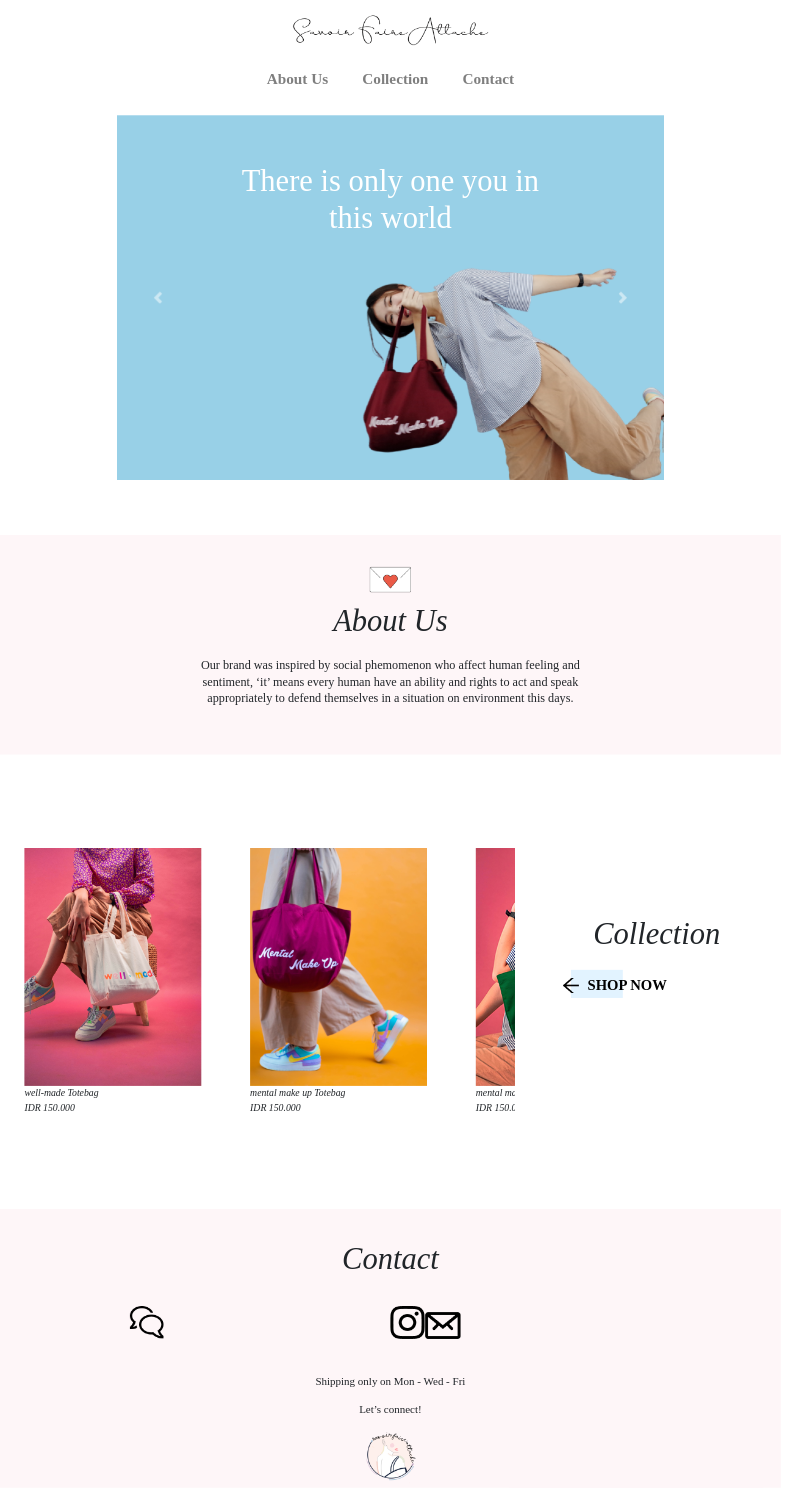
Repository: bismowibi/savoir
Page: index.html
An editor plug-in stored every save of this project. The page is shown before and after the next save, followed by the edit.
The browser window is 1280 px wide. The page is 1295 px wide, so the pictures cover 1295 px, including what lies to the right of the window. The pictures show the whole page, at 61% of full size.
Some web fonts or font styles are not loaded; a fallback is used. Some web libraries are served in a nearby version.

Above is the page before, as saved 2020-04-06 22:32:32.

After the next save:
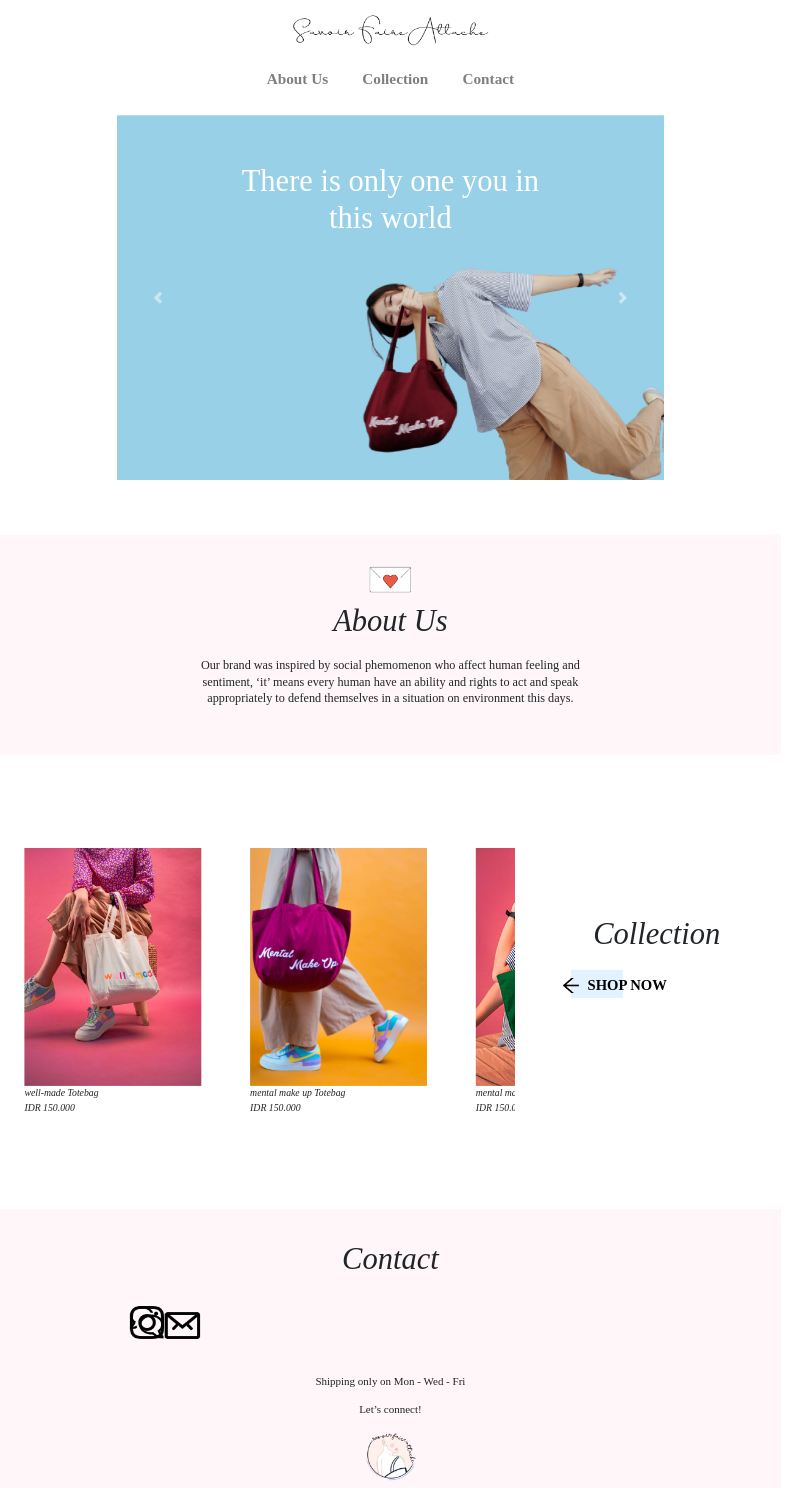
Saved 6 s later.
--- a/index.html
+++ b/index.html
@@ -189,8 +189,7 @@
           <img src="photos/text-icon.png" alt="">
         </a>
 
-      </div>
-      <div class="col-lg-4  sm-3 contact-icon ig">
+
         <a href="https://www.instagram.com/savoirfaire_attache">
           <img src="Photos/ig-icon-2.png" alt=""></a>
         <p class="detail">@savoirfaire_attache</p>
